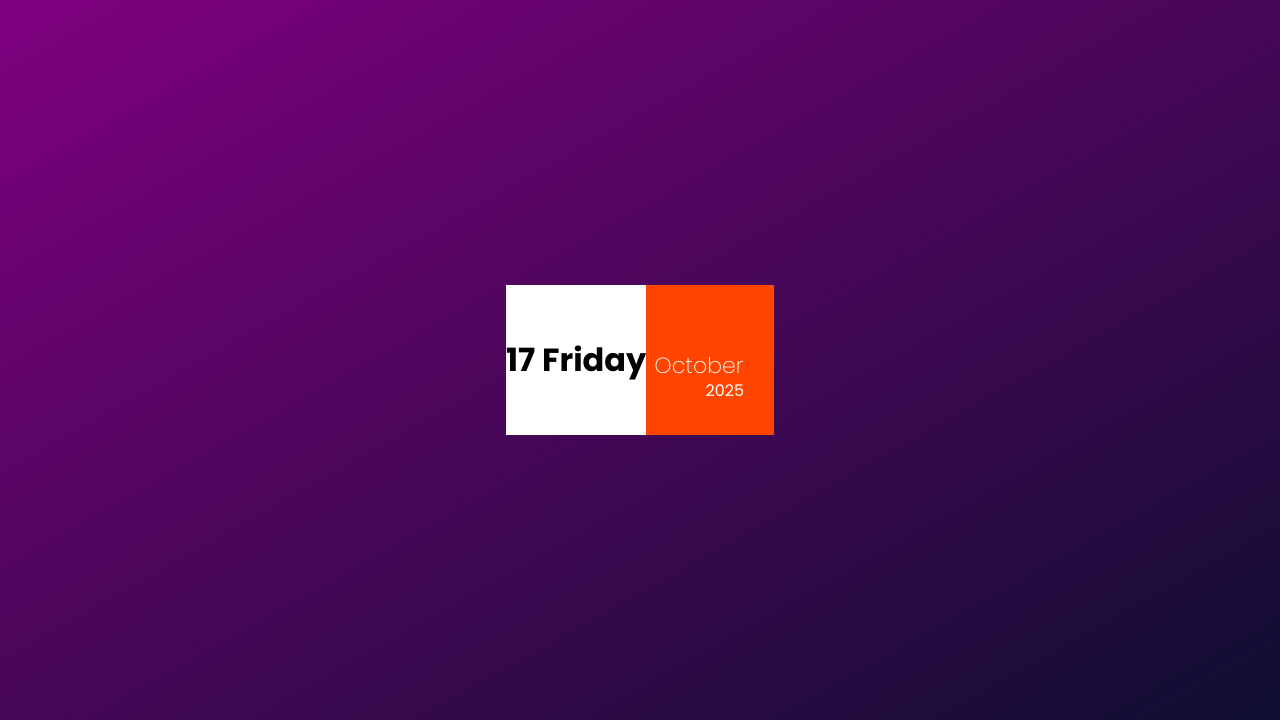
Repository: Ankitkr2021/Calendar
Page: index.html
These files come from the project's save history. The page is drawn as it stood at one moment and after the next save; the edit follows.
The browser window is 1280 px wide. The pictures show the whole page.

Above is the page before, as saved 2025-10-17 19:27:25.

After the next save:
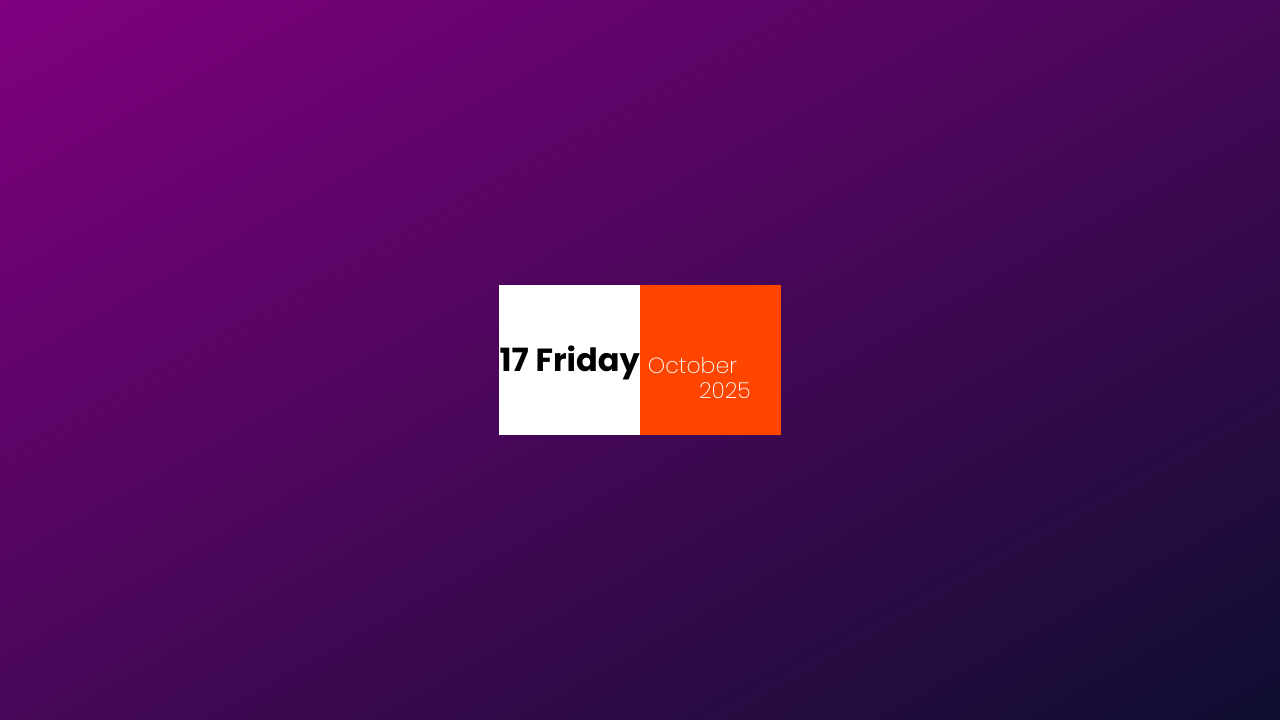
Saved 4 s later.
--- a/style.css
+++ b/style.css
@@ -42,6 +42,8 @@
     position: relative;
     right: 30px;
     top: 30px;
+     font-size: 22px;
+    font-weight: 200;
 }
 
 .month{
